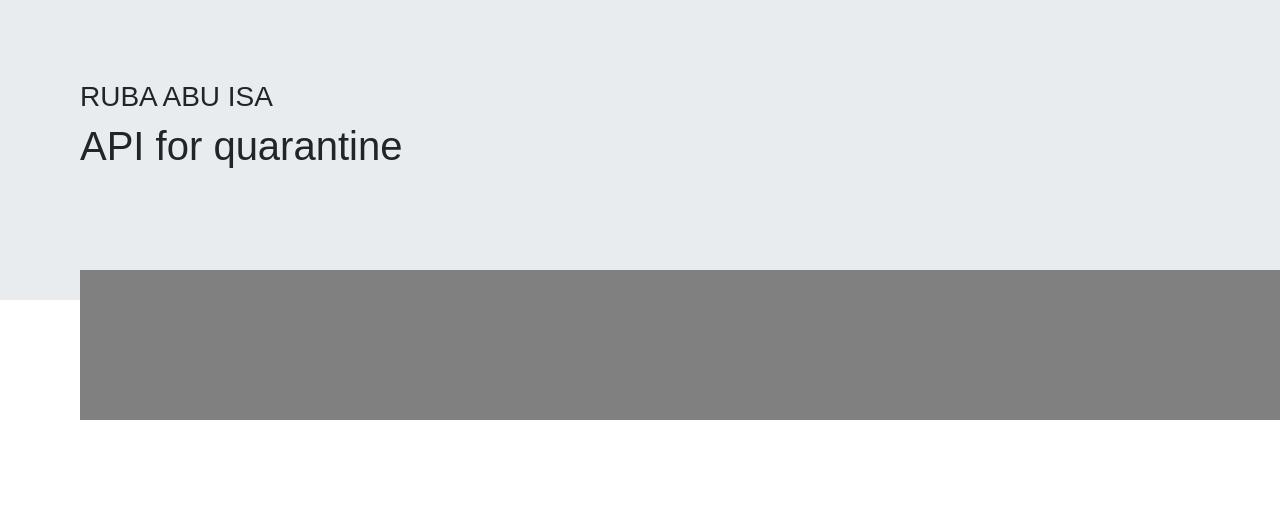
Repository: rubaabu/Fullstack-bitberry
Page: server/index.html
An editor plug-in stored every save of this project. The page is shown before and after the next save, followed by the edit.
The browser window is 1280 px wide. The pictures show the whole page.

Above is the page before, as saved 2020-04-02 15:54:30.

After the next save:
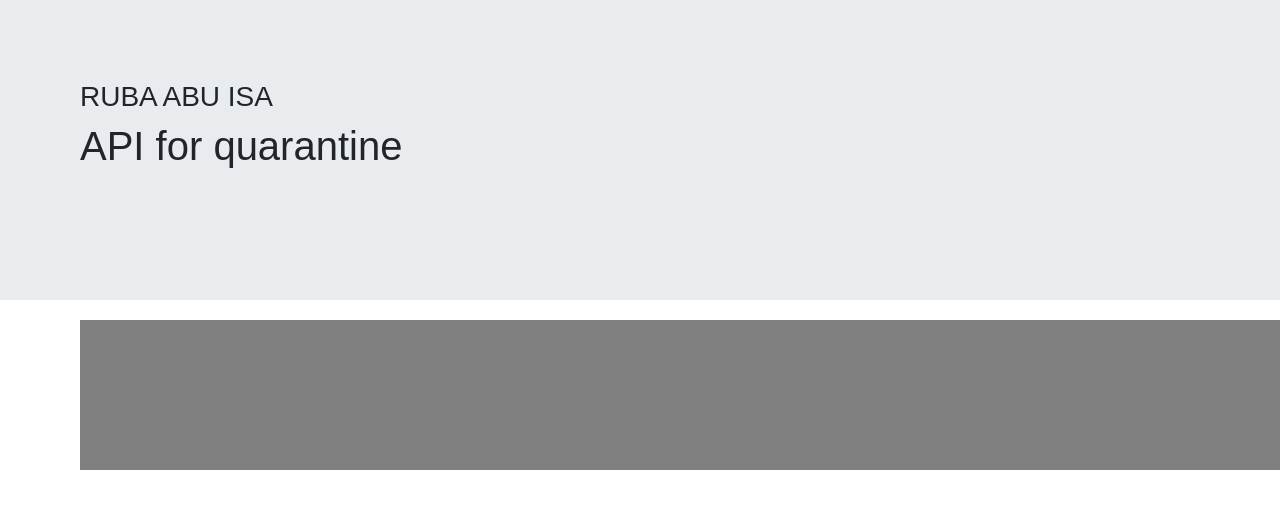
Saved 5 s later.
--- a/server/style.css
+++ b/server/style.css
@@ -6,7 +6,7 @@ header .header-top {
 }
 header .header-top .header {
     font-family: sans-serif;
-    margin-bottom: 100px;
+    margin-bottom: 150px;
 
 }
 
